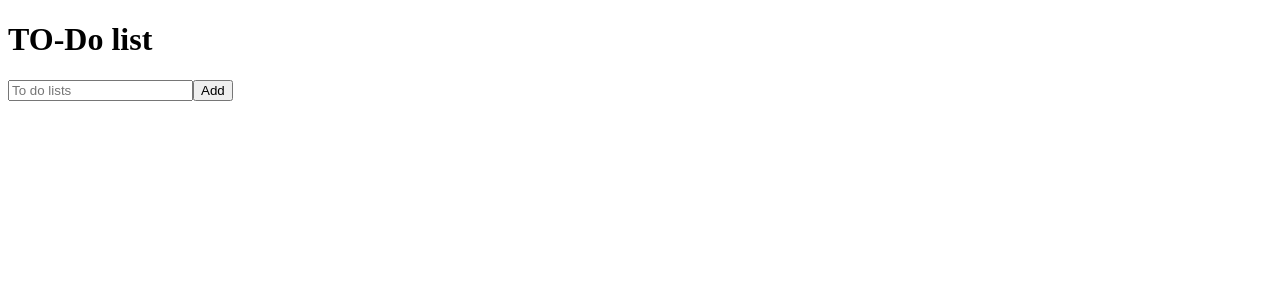
Repository: pgyunknown/ToDo-List
Page: index.html
These files come from the project's save history. The page is drawn as it stood at one moment and after a run of saves; the edit follows.
The browser window is 1280 px wide. The pictures show the whole page.

Above is the page before, as saved 2024-08-28 20:44:31.

### index.html
<!DOCTYPE html>
<html lang="en">
<head>
  <meta charset="UTF-8">
  <meta name="viewport" content="width=device-width, initial-scale=1.0">
  <title>Document</title>
</head>
<body>
  <h1>TO-Do list</h1>
  <input placeholder="To do lists" class="js-work-Input  work-Input"><button onclick="addWork();">Add</button>

  <script src="index.js"></script>
</body>
</html>

### index.js
const todoList=[];

function addWork(){
  let inputEle=document.querySelector('.js-work-input');
  let nameWork=inputEle.value;

  todoList.push(nameWork);
  console.log(nameWork);

  inputWork.value='';
}

After the next 3 saves:
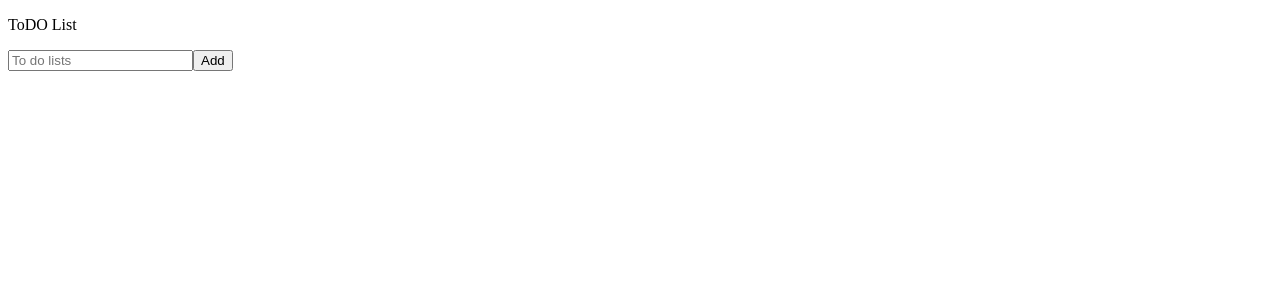
The 3 saves are shown as one change because they came seconds apart.
The last was saved 3 min 21 s later.
--- a/index.html
+++ b/index.html
@@ -6,7 +6,7 @@
   <title>Document</title>
 </head>
 <body>
-  <h1>TO-Do list</h1>
+  <p>ToDO List</p>
   <input placeholder="To do lists" class="js-work-Input  work-Input"><button onclick="addWork();">Add</button>
 
   <script src="index.js"></script>
